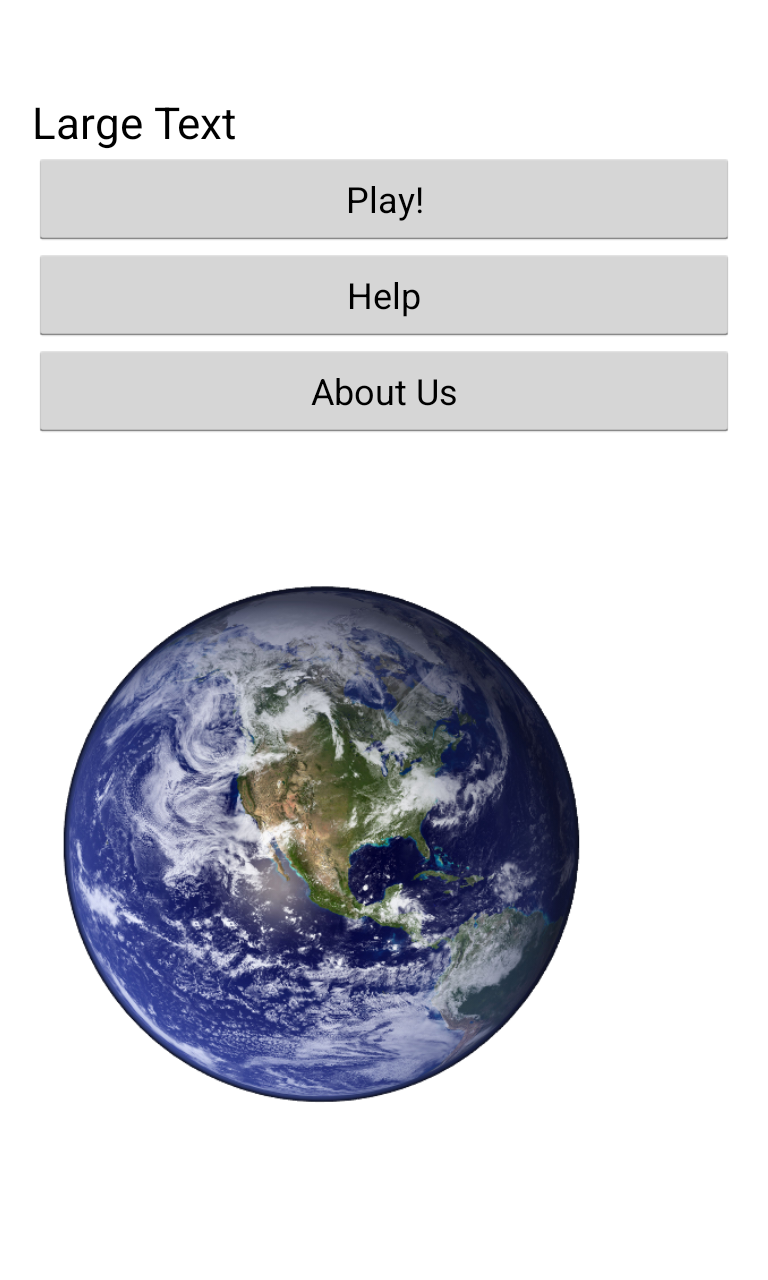
Repository: AGNT/Mobile_application_SU13
Layout: android/Locate/res/layout/activity_menu.xml
These files come from the project's save history. The layout is drawn as it stood at one moment and after the next save; the edit follows.
It is drawn on a 768 x 1280 px phone screen (xhdpi) without system bars, with theme AppTheme; the app's code is not run.

Above is the layout before, as saved 2013-08-05 16:16:45.

After the next save:
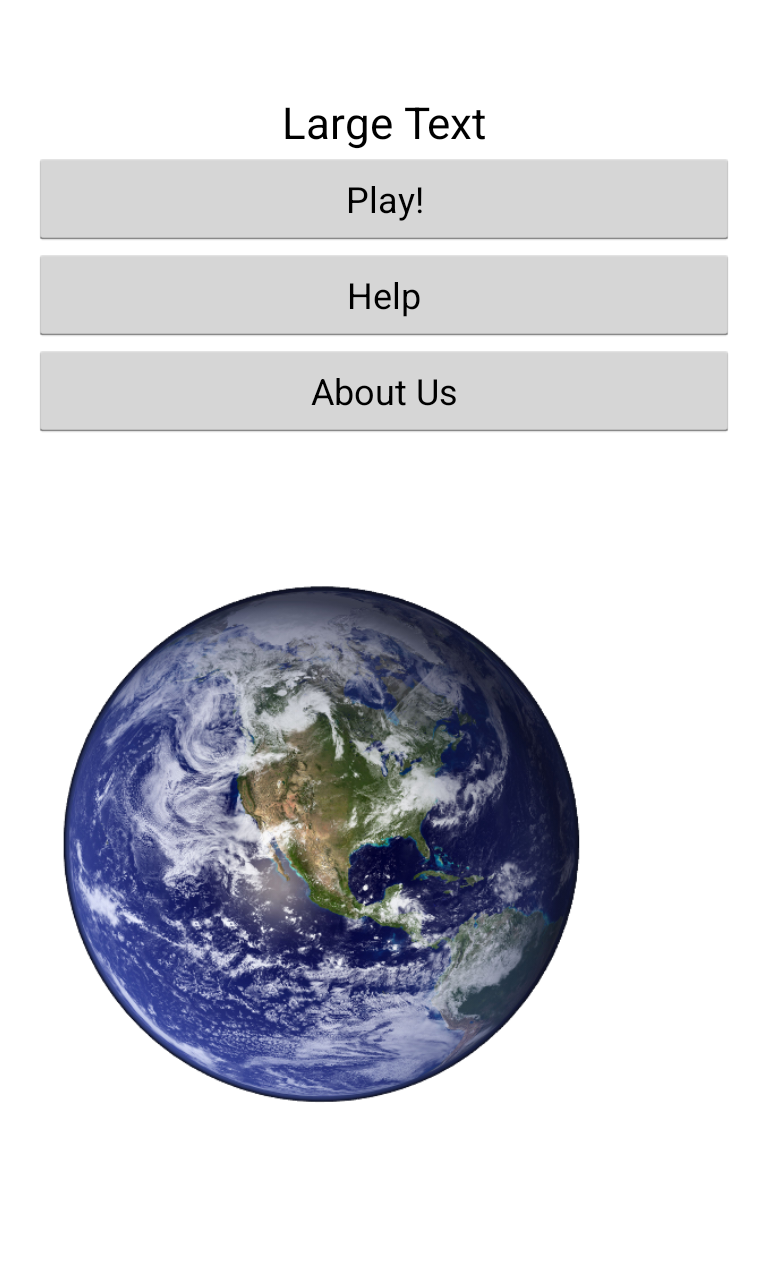
Saved 76 s later.
--- a/android/Locate/res/layout/activity_menu.xml
+++ b/android/Locate/res/layout/activity_menu.xml
@@ -18,6 +18,7 @@
         android:layout_width="match_parent"
         android:layout_height="wrap_content"
         android:text="Large Text"
+        android:gravity="center"
         android:textAppearance="?android:attr/textAppearanceLarge" />
 
     <Button
@@ -41,7 +42,8 @@
     <ImageView
         android:id="@+id/imageView1"
         android:layout_width="290dp"
-        android:layout_height="match_parent"
+        android:layout_height="196dp"
+        android:layout_weight="0.52"
         android:src="@drawable/ic_launcher" />
 
 </LinearLayout>
